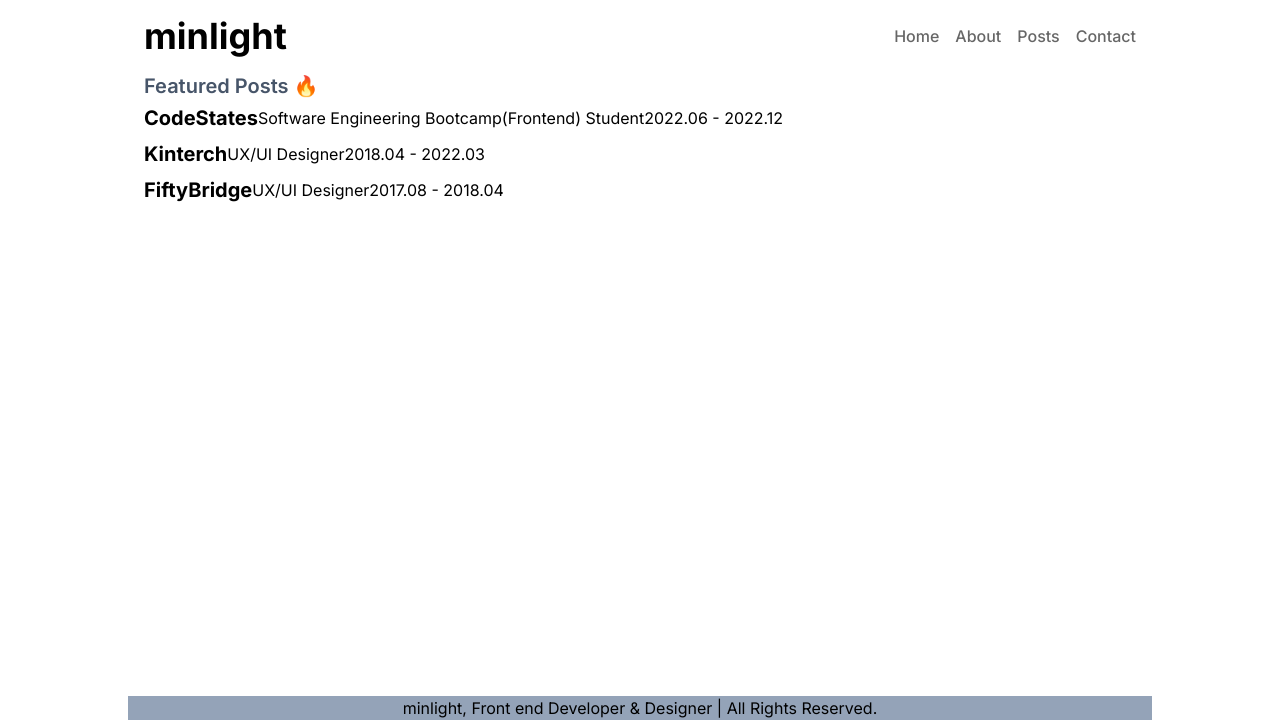
Repository: kwngmin/minlight-blog
Page: /about
The author's editor kept a copy of each file at every save. The page is drawn from the files as they stood at one save, then again after the next save.
The browser window is 1280 px wide. The pictures show the whole page.
The project was rebuilt for these pictures with package versions that can differ from the ones it lists, and the page was loaded fresh each time. The framework's server and built-in components were replaced by stand-ins that run in the browser. Also part of the build but not shown: next.config.js.

Above is the page before, as saved 2023-03-31 23:56:48.

After the next save:
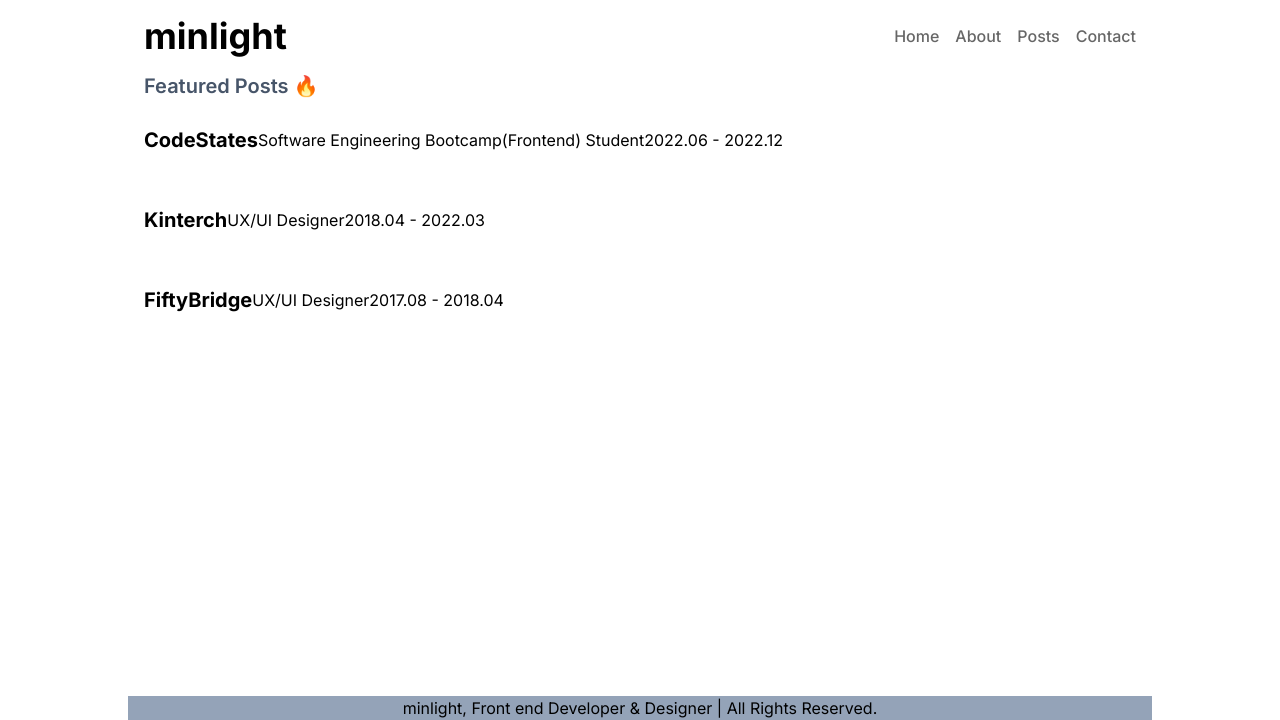
Saved 20 s later.
--- a/src/app/about/page.tsx
+++ b/src/app/about/page.tsx
@@ -23,7 +23,7 @@ export default function AboutPage() {
       </h2>
       <ul>
         {careerData.map(({ company, role, period }) => (
-          <li key={company} className="flex items-center h-9">
+          <li key={company} className="flex items-center h-20">
             <h3 className="font-bold text-xl">{company}</h3>
             <p>
               {role}
